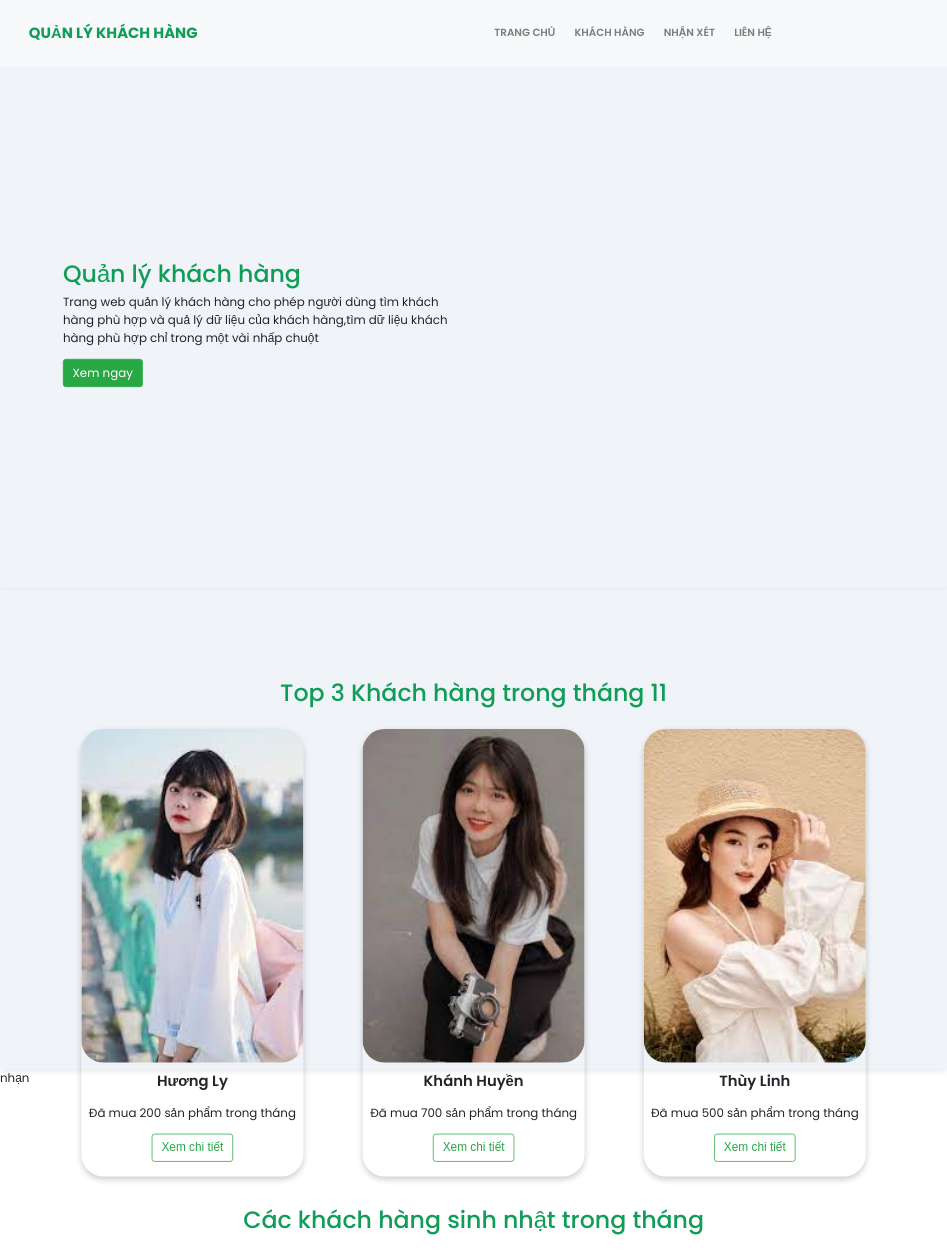
Repository: huutien1904/bt2-ltw
Page: index.html
These files come from the project's save history. The page is drawn as it stood at one moment and after the next save; the edit follows.
The browser window is 1280 px wide. The pictures show the whole page, at 74% of full size.

Above is the page before, as saved 2021-11-04 10:47:55.

After the next save:
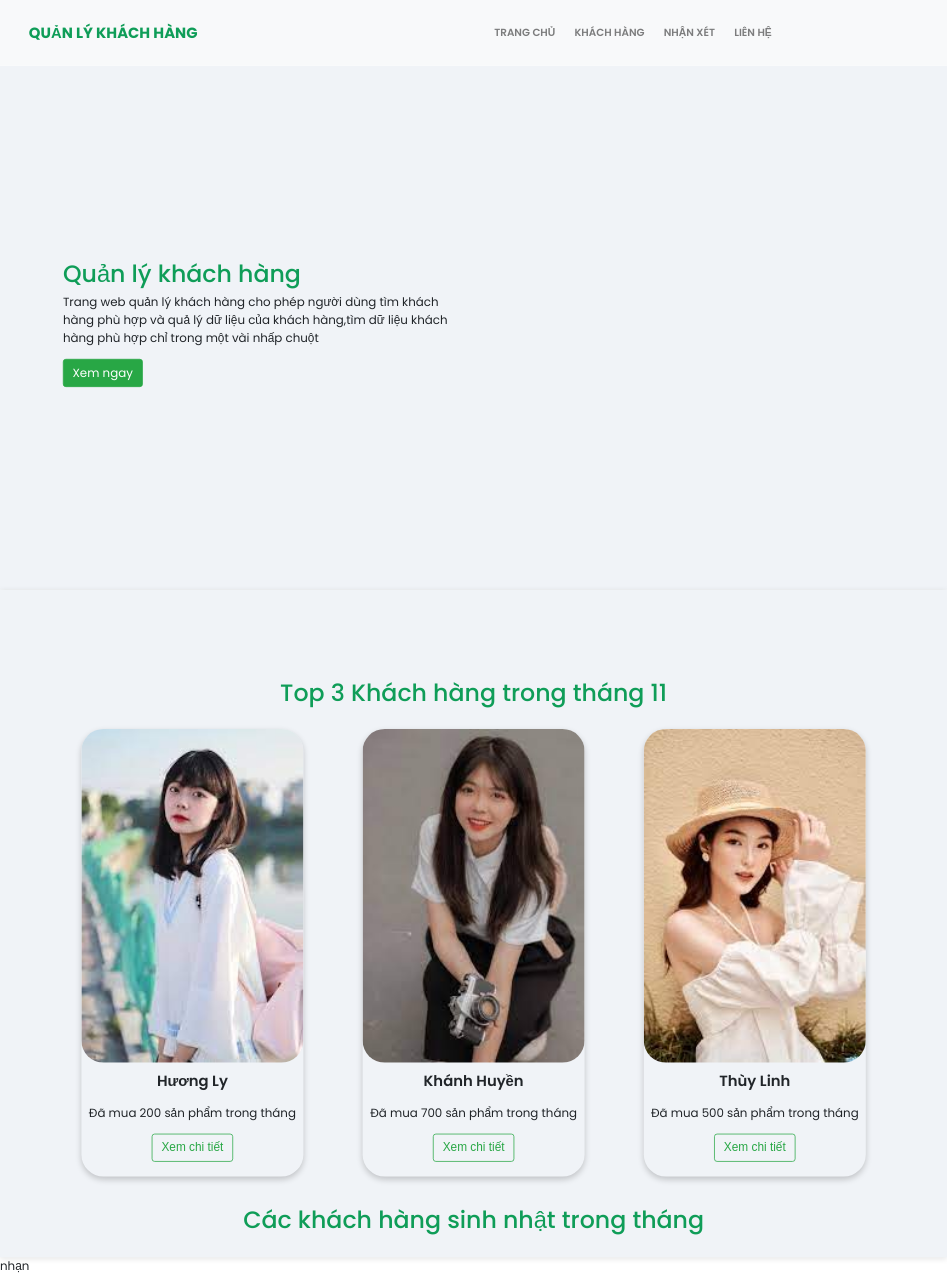
Saved 31 s later.
--- a/style.css
+++ b/style.css
@@ -55,7 +55,7 @@ body {
 
 }
 #customer{
-  height: 90vh;
+
   padding-top: 100px;
   background-color: var(--backgound-color);
   box-shadow: 0 2px 8px rgb(0 0 0 / 10%);
